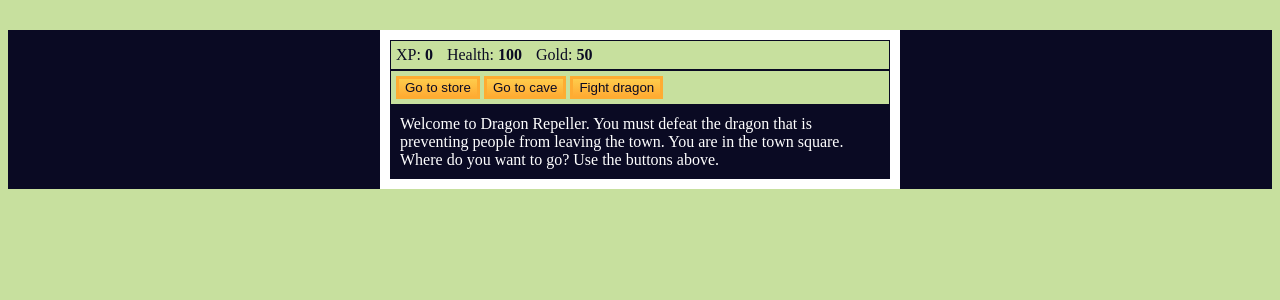
Repository: supakorn5039-boon/RPG-game
Page: index.html
The author's editor kept a copy of each file at every save. The page is drawn from the files as they stood at one save, then again after a run of saves.
The browser window is 1280 px wide. The pictures show the whole page.

Above is the page before, as saved 2023-12-26 20:23:11.

### index.html
<!DOCTYPE html>
<html lang="en">
  <head>
    <meta charset="utf-8" />
    <link rel="stylesheet" href="styless.css" />
    <title>RPG - Dragon Repeller</title>

  </head>
  <body>
    <div id="game">
      <div id="stats">
        <span class="stat"
          >XP: <strong><span id="xpText">0</span></strong></span
        >
        <span class="stat"
          >Health: <strong><span id="healthText">100</span></strong></span
        >
        <span class="stat"
          >Gold: <strong><span id="goldText">50</span></strong></span
        >
      </div>
      <div id="controls">
        <button id="button1">Go to store</button>
        <button id="button2">Go to cave</button>
        <button id="button3">Fight dragon</button>
      </div>
      <div id="monsterStats">
        <span class="stat"
          >Monster Name: <strong><span id="monsterName"></span></strong
        ></span>
        <span class="stat"
          >Health: <strong><span id="monsterHealth"></span></strong
        ></span>
      </div>
      <div id="text">
        Welcome to Dragon Repeller. You must defeat the dragon that is
        preventing people from leaving the town. You are in the town square.
        Where do you want to go? Use the buttons above.
      </div>
    </div>
    <script src="index.js"></script>


  </body>
</html>

### styless.css
* {
  background-color: #c7e09e;
}

body {
  background-color: #0a0a23;
}

#text {
  background-color: #0a0a23;
  color: #ffffff;
  padding: 10px;
}

#game {
  max-width: 500px;
  max-height: 400px;
  background-color: #ffffff;
  color: #ffffff;
  margin: 30px auto 0px;
  padding: 10px;
}

#controls,
#stats {
  border: 1px solid #0a0a23;
  padding: 5px;
  color: #0a0a23;
}

#monsterStats {
  display: none;
  border: 1px solid #0a0a23;
  padding: 5px;
  color: #ffffff;
  background-color: #c70d0d;
}

.stat {
  padding-right: 10px;
}

button {
  cursor: pointer;
  color: #0a0a23;
  background-color: #feac32;
  background-image: linear-gradient(#fecc4c, #ffac33);
  border: 3px solid #feac32;
}

### index.js
let xp = 0;
let health = 100;
let gold = 50;
let currentWeapon = 0;
let fighting;
let monsterHealth;
let inventory = ["stick"];

const button1 = document.querySelector("#button1");
const button2 = document.querySelector("#button2");
const button3 = document.querySelector("#button3");
const text = document.querySelector("#text");
const xpText = document.querySelector("#xpText");
const healthText = document.querySelector("#healthText");
const goldText = document.querySelector("#goldText");
const monsterStats = document.querySelector("#monsterStats");
const monsterName = document.querySelector("#monsterName");
const monsterHealthText = document.querySelector("#monsterHealth");
const weapons = [
  { name: "stick", power: 5 },
  { name: "dagger", power: 30 },
  { name: "claw hammer", power: 50 },
  { name: "sword", power: 100 },
];
const monsters = [
  {
    name: "slime",
    level: 2,
    health: 15,
  },
  {
    name: "fanged beast",
    level: 8,
    health: 60,
  },
  {
    name: "dragon",
    level: 20,
    health: 300,
  },
];
const locations = [
  {
    name: "town square",
    "button text": ["Go to store", "Go to cave", "Fight dragon"],
    "button functions": [goStore, goCave, fightDragon],
    text: 'You are in the town square. You see a sign that says "Store".',
  },
  {
    name: "store",
    "button text": [
      "Buy 10 health (10 gold)",
      "Buy weapon (30 gold)",
      "Go to town square",
    ],
    "button functions": [buyHealth, buyWeapon, goTown],
    text: "You enter the store.",
  },
  {
    name: "cave",
    "button text": ["Fight slime", "Fight fanged beast", "Go to town square"],
    "button functions": [fightSlime, fightBeast, goTown],
    text: "You enter the cave. You see some monsters.",
  },
  {
    name: "fight",
    "button text": ["Attack", "Dodge", "Run"],
    "button functions": [attack, dodge, goTown],
    text: "You are fighting a monster.",
  },
  {
    name: "kill monster",
    "button text": [
      "Go to town square",
      "Go to town square",
      "Go to town square",
    ],
    "button functions": [goTown, goTown, easterEgg],
    text: 'The monster screams "Arg!" as it dies. You gain experience points and find gold.',
  },
  {
    name: "lose",
    "button text": ["REPLAY?", "REPLAY?", "REPLAY?"],
    "button functions": [restart, restart, restart],
    text: "You die. ☠️",
  },
  {
    name: "win",
    "button text": ["REPLAY?", "REPLAY?", "REPLAY?"],
    "button functions": [restart, restart, restart],
    text: "You defeat the dragon! YOU WIN THE GAME! 🎉",
  },
  {
    name: "easter egg",
    "button text": ["2", "8", "Go to town square?"],
    "button functions": [pickTwo, pickEight, goTown],
    text: "You find a secret game. Pick a number above. Ten numbers will be randomly chosen between 0 and 10. If the number you choose matches one of the random numbers, you win!",
  },
];

// initialize buttons
button1.onclick = goStore;
button2.onclick = goCave;
button3.onclick = fightDragon;

function update(location) {
  monsterStats.style.display = "none";
  button1.innerText = location["button text"][0];
  button2.innerText = location["button text"][1];
  button3.innerText = location["button text"][2];
  button1.onclick = location["button functions"][0];
  button2.onclick = location["button functions"][1];
  button3.onclick = location["button functions"][2];
  text.innerText = location.text;
}

function goTown() {
  update(locations[0]);
}

function goStore() {
  update(locations[1]);
}

function goCave() {
  update(locations[2]);
}

function buyHealth() {
  if (gold >= 10) {
    gold -= 10;
    health += 10;
    goldText.innerText = gold;
    healthText.innerText = health;
  } else {
    text.innerText = "You do not have enough gold to buy health.";
  }
}

function buyWeapon() {
  if (currentWeapon < weapons.length - 1) {
    if (gold >= 30) {
      gold -= 30;
      currentWeapon++;
      goldText.innerText = gold;
      let newWeapon = weapons[currentWeapon].name;
      text.innerText = "You now have a " + newWeapon + ".";
      inventory.push(newWeapon);
      text.innerText += " In your inventory you have: " + inventory;
    } else {
      text.innerText = "You do not have enough gold to buy a weapon.";
    }
  } else {
    text.innerText = "You already have the most powerful weapon!";
    button2.innerText = "Sell weapon for 15 gold";
    button2.onclick = sellWeapon;
  }
}

function sellWeapon() {
  if (inventory.length > 1) {
    gold += 15;
    goldText.innerText = gold;
    let currentWeapon = inventory.shift();
    text.innerText = "You sold a " + currentWeapon + ".";
    text.innerText += " In your inventory you have: " + inventory;
  } else {
    text.innerText = "Don't sell your only weapon!";
  }
}

function fightSlime() {
  fighting = 0;
  goFight();
}

function fightBeast() {
  fighting = 1;
  goFight();
}

function fightDragon() {
  fighting = 2;
  goFight();
}

function goFight() {
  update(locations[3]);
  monsterHealth = monsters[fighting].health;
  monsterStats.style.display = "block";
  monsterName.innerText = monsters[fighting].name;
  monsterHealthText.innerText = monsterHealth;
}

function attack() {
  text.innerText = "The " + monsters[fighting].name + " attacks.";
  text.innerText +=
    " You attack it with your " + weapons[currentWeapon].name + ".";
  health -= getMonsterAttackValue(monsters[fighting].level);
  if (isMonsterHit()) {
    monsterHealth -=
      weapons[currentWeapon].power + Math.floor(Math.random() * xp) + 1;
  } else {
    text.innerText += " You miss.";
  }
  healthText.innerText = health;
  monsterHealthText.innerText = monsterHealth;
  if (health <= 0) {
    lose();
  } else if (monsterHealth <= 0) {
    fighting === 2 ? winGame() : defeatMonster();
  }
  if (Math.random() <= 0.1 && inventory.length !== 1) {
    text.innerText += " Your " + inventory.pop() + " breaks.";
    currentWeapon--;
  }
}

function getMonsterAttackValue(level) {
  const hit = level * 5 - Math.floor(Math.random() * xp);
  console.log(hit);
  return hit > 0 ? hit : 0;
}

function isMonsterHit() {
  return Math.random() > 0.2 || health < 20;
}

function dodge() {
  text.innerText = "You dodge the attack from the " + monsters[fighting].name;
}

function defeatMonster() {
  gold += Math.floor(monsters[fighting].level * 6.7);
  xp += monsters[fighting].level;
  goldText.innerText = gold;
  xpText.innerText = xp;
  update(locations[4]);
}

function lose() {
  update(locations[5]);
}

function winGame() {
  update(locations[6]);
}

function restart() {
  xp = 0;
  health = 100;
  gold = 50;
  currentWeapon = 0;
  inventory = ["stick"];
  goldText.innerText = gold;
  healthText.innerText = health;
  xpText.innerText = xp;
  goTown();
}

function easterEgg() {
  update(locations[7]);
}

function pickTwo() {
  pick(2);
}

function pickEight() {
  pick(8);
}

function pick(guess) {
  let numbers = [];
  while (numbers.length < 10) {
    numbers.push(Math.floor(Math.random() * 11));
  }
  text.innerText = "You picked " + guess + ". Here are the random numbers:\n";
  for (let i = 0; i < 10; i++) {
    text.innerText += numbers[i] + "\n";
  }
  if (numbers.indexOf(guess) !== -1) {
    text.innerText += "Right! You win 20 gold!";
    gold += 20;
    goldText.innerText = gold;
  } else {
    text.innerText += "Wrong! You lose 10 health!";
    health -= 10;
    healthText.innerText = health;
    if (health <= 0) {
      lose();
    }
  }
}

After the next 2 saves:
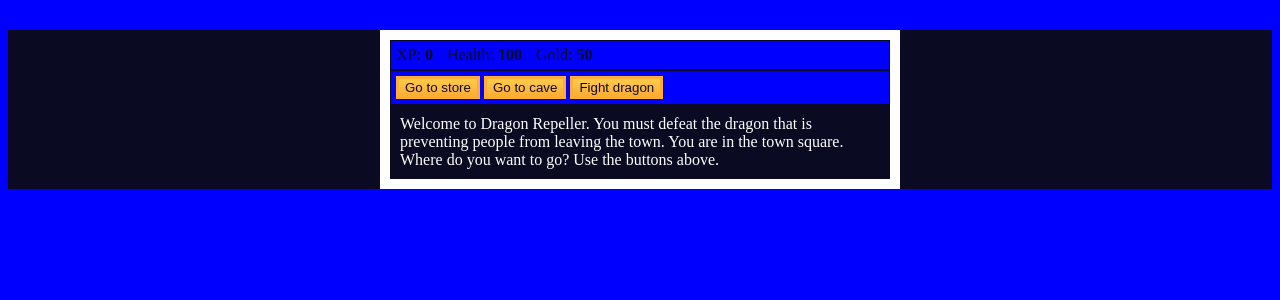
The 2 saves are shown as one change because they came seconds apart.
The last was saved 8 s later.
--- a/styless.css
+++ b/styless.css
@@ -1,5 +1,5 @@
 * {
-  background-color: #c7e09e;
+  background-color: blue;
 }
 
 body {
